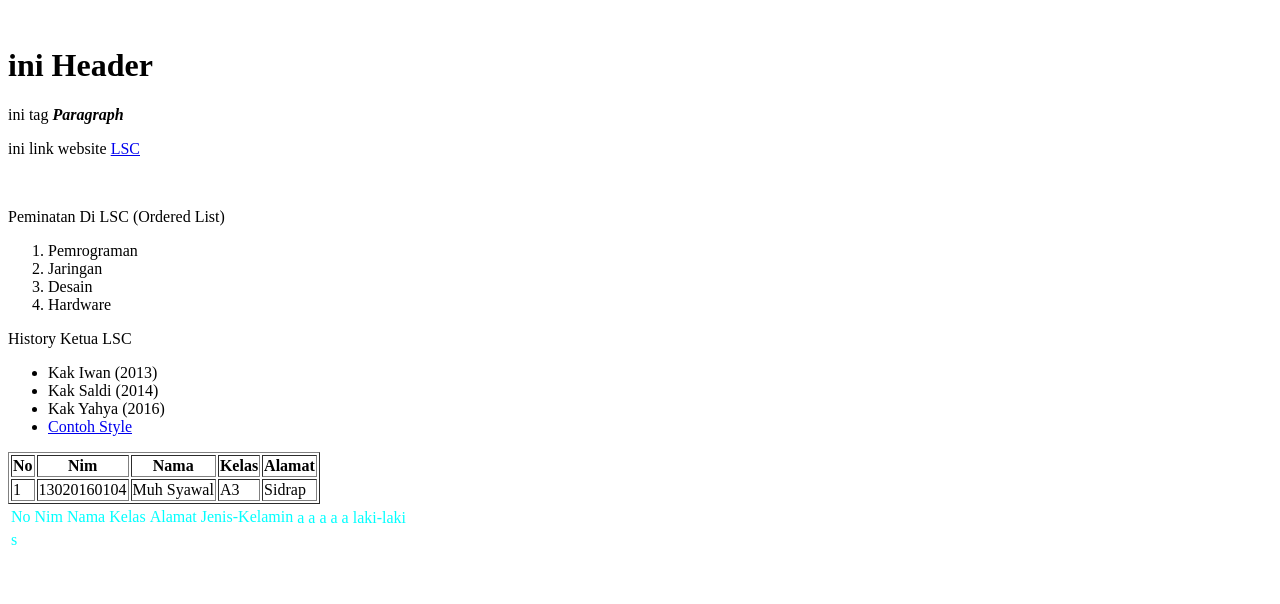
Repository: syawal2kalii/HelloWorld
Page: basichtml.htm
An editor plug-in stored every save of this project. The page is shown before and after the next save, followed by the edit.
The browser window is 1280 px wide. The pictures show the whole page.

Above is the page before, as saved 2019-11-17 01:48:45.

### basichtml.htm

<!--
Pertemuan 4
Overview
    Struktur Dasar
    Struktur Tag
        *Tag,Atribute,Property
    Berkenalan Dengan Beberapa Tag
        *header
        *Paragraph
        *Text Style (Bold,italic,font)
        *a
        *image
        *list
        *Table (colspan & Rowspan)
        *input
        *form
        *link import
    Dimensi dari setiap tag (block,inline)
    Studi Case : login,register,table user (No Style)

     -->

<!DOCTYPE html>
<html lang="en">
<head>
    <meta charset="UTF-8">
    <meta name="viewport" content="width=device-width, initial-scale=1.0">
    <meta http-equiv="X-UA-Compatible" content="ie=edge">
    <title>Basic HTML (Pertemuan 5)</title>
</head>
<body>
    <!-- tag atribute value
        global -> style,class (https://www.w3.org/TR/2010/WD-html-markup-20101019/global-attributes.html)
        local -> src
    -->

    <img src="" alt="">
    <h1>ini Header</h1>
    <p>ini tag <b><i>Paragraph</i></b></p>
    <p>ini link website <a href="http://www.lscumi.info.tm">LSC</a> </p>
    <img src="" alt="">
   <p> Peminatan Di LSC (Ordered List) </p>
    <ol>
        <li>Pemrograman</li>
        <li>Jaringan</li>
        <li>Desain</li>
        <li>Hardware</li>
    </ol>

    <p>History Ketua LSC</p>
    <ul>
        <li>Kak Iwan (2013)</li>
        <li>Kak Saldi (2014)</li>
        <li>Kak Yahya (2016)</li>
        <li><a href="https://www.w3schools.com/html/html_lists.asp">Contoh Style</a></li>
    </ul>

    <table border="1"> <!-- tag pembuka -->
        <tr> <!-- table row -->
            <th>No</th> <!-- table Head -->
            <th>Nim</th>
            <th>Nama</th>
            <th>Kelas</th>
            <th>Alamat</th>
        </tr>
        <tr>
            <td>1</td> <!-- table Data -->
            <td>13020160104</td> <!-- table Data -->
            <td>Muh Syawal</td> <!-- table Data -->
            <td>A3</td> <!-- table Data -->
            <td>Sidrap</td> <!-- table Data -->
        </tr>
    </table> <!-- tag penutup -->

    <table>

        <thead style="color: aqua;">
            <td rowspan="2">No</td>
            <td rowspan="2">Nim</td>
            <td rowspan="2">Nama</td>
            <td rowspan="2">Kelas</td>
            <td rowspan="2">Alamat</td>
            <td rowspan="2">Jenis-Kelamin</td>
        </tr>
        <tr>
            <td>a</td>
            <td>a</td>
            <td>a</td>
            <td>a</td>
            <td>a</td>
            <td>laki-laki</td>
        </tr>
        <tr>
            <td>s

            </td>
        </tr>
    </table>

    <!-- <link rel="stylesheet" href="lscumi.info.tm">Ini link ke website LSC -->


</body>


</html>

<!-- kemungkinan Error
    1.tag a tanpa http
    2.Margin di Css
-->

After the next save:
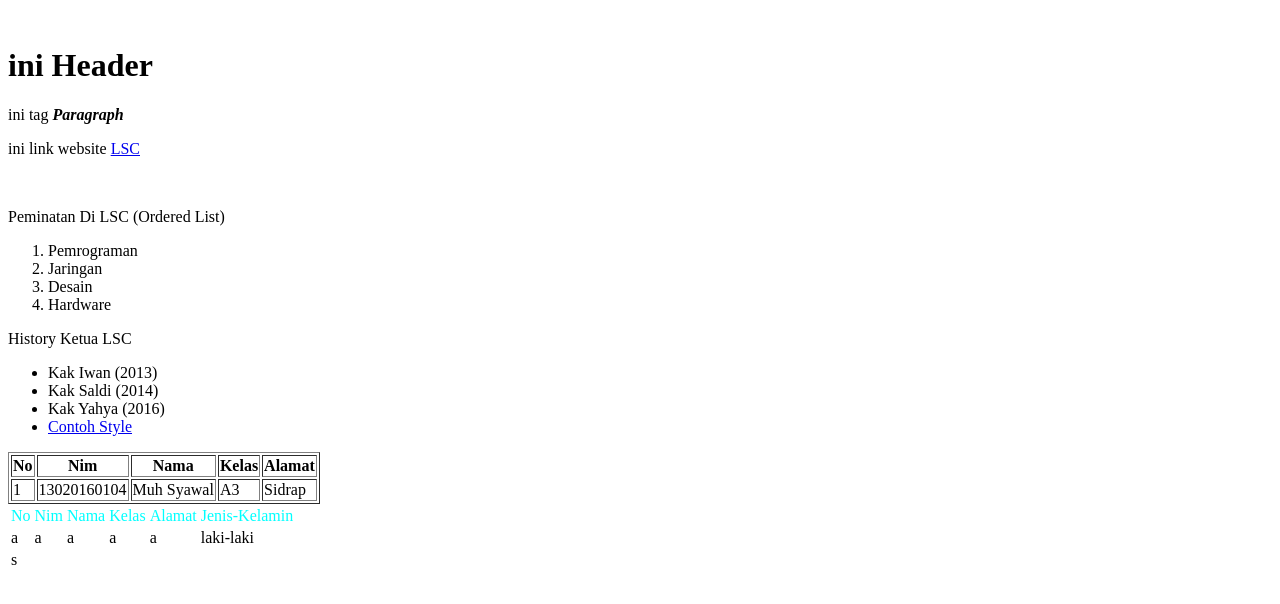
Saved 7 s later.
--- a/basichtml.htm
+++ b/basichtml.htm
@@ -82,7 +82,7 @@ Overview
             <td rowspan="2">Kelas</td>
             <td rowspan="2">Alamat</td>
             <td rowspan="2">Jenis-Kelamin</td>
-        </tr>
+        </thead>
         <tr>
             <td>a</td>
             <td>a</td>
